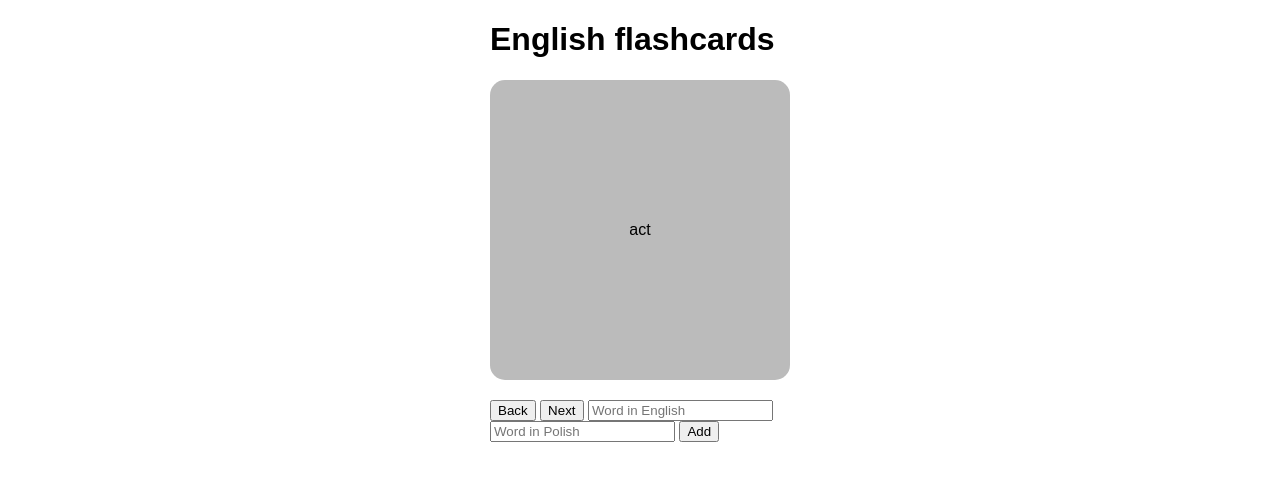
Repository: AdrianGizycki/English-Flashcards
Page: index.html
An editor plug-in stored every save of this project. The page is shown before and after the next save, followed by the edit.
The browser window is 1280 px wide. The pictures show the whole page.

Above is the page before, as saved 2019-09-15 15:29:48.

### index.html
<!DOCTYPE html>
<html lang="en">
<head>
    <meta charset="UTF-8">
    <meta name="viewport" content="width=device-width, initial-scale=1.0">
    <meta http-equiv="X-UA-Compatible" content="ie=edge">
    <link rel="stylesheet" type="text/css" href="style.css">
    <title>English Flashcards</title>
</head>
<body>
    <div class="mainDiv">
        <div>
            <h1> English flashcards</h1>
            <div class="flip-card">
                <div class="flip-card-inner" id="rot">
                    <div class="flip-card-front">
                        <div class="divContents1"></div>
                    </div>
                    <div class="flip-card-back">
                        <div class="divContents2"></div>
                    </div>
                </div>
                <button class="btn1">Back</button>
                <button class="btn2">Next</button>

                <input type="text" placeholder="Word in English">
                <input type="text" placeholder="Word in Polish">
                <button>Add</button>
            </div>
    </div>
    </div>

    <script src="app.js" type="text/javascript"></script>
</body>
</html>

### style.css
body {
    font-family: Arial, Helvetica, sans-serif;
    height: 100%;
    padding: 0;
    margin: 0;
    box-sizing: border-box;
  }
  .mainDiv {
    height: 100%;
    width: auto;
    display: flex;
    justify-content: center;
    justify-items: center;
  }

  .flip-card {
    background-color: transparent;
    width: 300px;
    height: 300px;
    perspective: 1000px;
    border-radius: 5%;

  }

  .flip-card-inner {
    position: relative;
    width: 100%;
    height: 100%;
    text-align: center;
    transition: transform 1s;
    transform-style: preserve-3d;
    /* box-shadow: 0 4px 8px 0 rgba(0, 0, 0, 0.5); */
  }

  .flip-card:hover .flip-card-inner {
    transform: rotateY(180deg);
  }

  .flip-card-front,
  .flip-card-back {
    position: absolute;
    width: 100%;
    height: 100%;
    backface-visibility: hidden;
    display: flex;
    align-items: center;
    justify-content: center;
  }

  .flip-card-front {
    background-color: #bbb;
    color: black;
    border-radius: 5%;
  }

  .flip-card-back {
    background-color: #2980b9;
    color: white;
    transform: rotateY(180deg);
    border-radius: 5%;
  }

  .btn1,
  .btn2,
  .btn3 {
      margin-top: 20px;
  }

### app.js
const englishWords = ['above', 'across', 'act',]
const polishWords = ['powyżej / nad / u góry', 'przez coś', 'akt / czyn / działanie']
if (englishWords !== polishWords) {
    console.log('ok')
} else {
    console.log('not ok')
}
// const englishWords = ['above', 'across', 'act', 'ahead', 'along',]
//  'among', 'amount', 'any', 'anyone', 'appear', 'approach', 'arms', 'around', 'art', 'as', 'attack', 'attempt', 'august', 'autumn', 'away', 'base', 'bear', 'become', 'began', 'beginning', 'behind', 'believe', 'belong', 'below', 'beyound', 'bill', 'bit', 'block', 'blood', 'blow', 'board', 'bottom', 'branch', 'break', 'bridge', 'bright', 'building', 'burn', 'capital', 'carry', 'case', 'cause', 'central', 'centre', 'century', 'certain', 'certainly', 'claim', 'coat', 'common', 'complete', 'concern', 'conditio', 'consider', 'continue', 'control', 'corner', 'count'];
// const polishWords = ['powyżej / nad / u góry', 'przez coś', 'akt / czyn / działanie', 'przed', 'wzdłuż', 'między / pośród', 'ilość', 'jakikolwiek', 'nikt', 'pojawić się', 'podejście', 'herb / uzbrojony', 'wokół / dookoła / w pobliżu', 'sztuka', 'jako/ tak jak', 'atak', 'próba', 'sierpień', 'jesień', 'od /daleko / z dala / z daleka', 'podstawa', 'niedźwiedź', 'zostać', 'rozpoczął', 'początek', 'za / z tyłu', 'wierzyć', 'należeć', 'poniżej', 'poza', 'za (czymś)', 'po drugiej stronie (czegoś)', 'dalej', 'projekt ustawy', 'rachunek', 'kawałek', 'klocek', 'krew', 'cios / dmuchać / wiać', 'deska', 'dolny', 'oddział / gałąź / rozgałęzienie', 'most', 'jasny', 'budynek', 'oparzenie', 'stolica', 'nieść', 'przypadek / walizka', 'przyczyna / powód', 'centralny / środkowy', 'środek', 'wiek', 'pewny', 'rzeczywiście / z pewnością / na pewno', 'roszczenie', 'sierść / powlekać / płaszcz / okrywać cienką warstwą', 'pospolity', 'cały / całkowity / pełny', 'troska', 'warunek', 'rozważać', 'kontynuować', 'kontrola', 'róg / narożnik', 'liczba / liczyć się']
const divContents1 = document.querySelector(".divContents1");
const divContents2 = document.querySelector(".divContents2");
const btnBeck = document.querySelector(".btn1");
const btnNext = document.querySelector(".btn2");
const btnToggle = document.querySelector(".btn3");
const visCard = document.querySelector(".flip-card-front");
const unvisCard = document.querySelector(".flip-card-back");
const flipCard = document.querySelector('#rot');
const max = englishWords.length;
const min = 0


var counter = Math.floor(Math.random() * (max - min)) + min;
console.log(counter);
divContents1.innerText = englishWords[counter];
divContents2.innerText = polishWords[counter];


btnNext.addEventListener('click', function(){
    if (counter === max - 1) {
        counter = -1;
    }
    counter++;
  divContents1.innerText = englishWords[counter];
  divContents2.innerText = polishWords[counter];
  console.log(counter);

});

btnBeck.addEventListener('click', function(){
  counter--;
  if (counter === -1) {
    counter = max - 1;
  }
  divContents1.innerText = englishWords[counter];
  divContents2.innerText = polishWords[counter];
  console.log(counter);

});

// flipCard.addEventListener('click', () => {
//     console.log("test");
//     flipCard.
// });

After the next save:
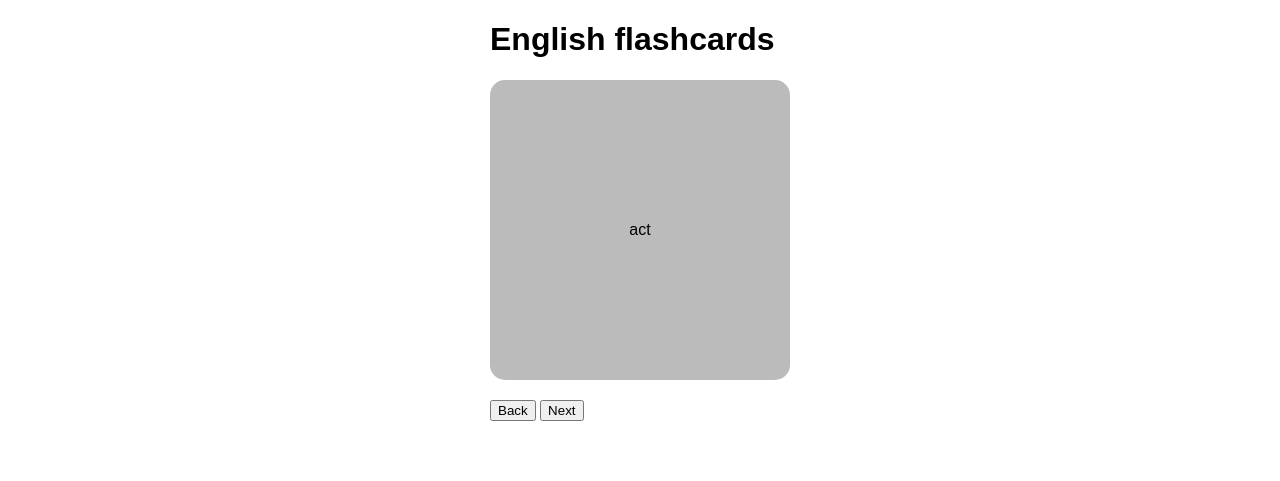
Saved 24 s later.
--- a/index.html
+++ b/index.html
@@ -23,9 +23,9 @@
                 <button class="btn1">Back</button>
                 <button class="btn2">Next</button>
 
-                <input type="text" placeholder="Word in English">
+                <!-- <input type="text" placeholder="Word in English">
                 <input type="text" placeholder="Word in Polish">
-                <button>Add</button>
+                <button>Add</button> -->
             </div>
     </div>
     </div>
